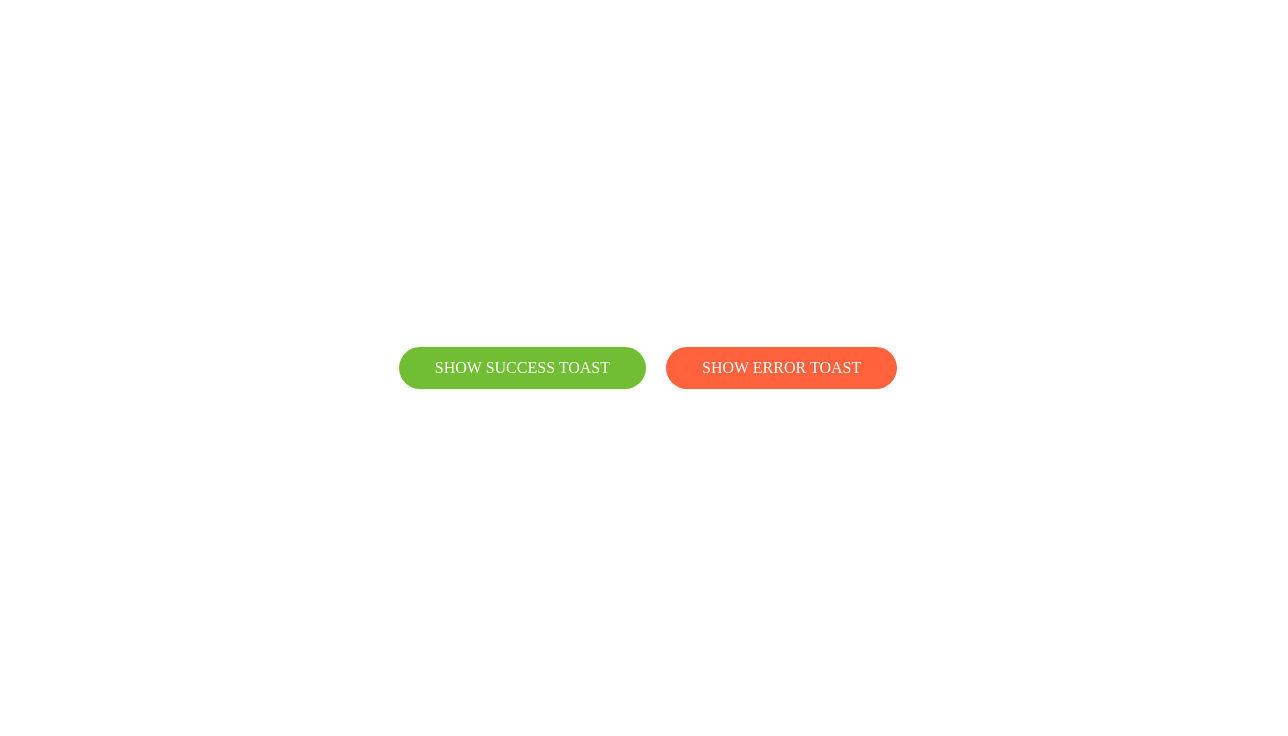
Repository: Hoquoctrung/github-anh-Trung-hihi
Page: Lesson-2/index.html
These files come from the project's save history. The page is drawn as it stood at one moment and after the next save; the edit follows.
The browser window is 1280 px wide. The page is 1288 px wide, so the pictures cover 1288 px, including what lies to the right of the window. The pictures show the whole page.
After loading, the first visible `div.btn--error` was clicked once.

Above is the page before, as saved 2021-08-21 21:33:24.
Console error: SyntaxError: missing ) after argument list

### Lesson-2/index.html
<!DOCTYPE html>
<html lang="en">
<head>
    <meta charset="UTF-8">
    <meta http-equiv="X-UA-Compatible" content="IE=edge">
    <meta name="viewport" content="width=device-width, initial-scale=1.0">
    <title>BEM Practice</title>
    <link rel="stylesheet" href="style.css">
    <link rel="stylesheet" href="https://cdnjs.cloudflare.com/ajax/libs/font-awesome/5.15.4/css/all.min.css" integrity="sha512-1ycn6IcaQQ40/MKBW2W4Rhis/DbILU74C1vSrLJxCq57o941Ym01SwNsOMqvEBFlcgUa6xLiPY/NS5R+E6ztJQ==" crossorigin="anonymous" referrerpolicy="no-referrer" />
</head>
<body>
    <div id="toast"></div>

    <div id="btn">
            <div onclick="ShowSuccessToast()" class="btn btn--succeed"> SHOW SUCCESS TOAST</div>
            <div onclick="ShowErrorToast()" class="btn btn--error"> SHOW ERROR TOAST</div>
    </div>

    <script>
        // Toast function
        function toast({
            title = '',
            message = '',
            type = 'info',
            duration = 3000,
        }) {
            const main = document.getElementById('toast');
            if (main) {
                const toast = document.createElement('div');
                const icons = {
                    success:'fas fa-check-circle',
                    info:'fas fa-info-circle',
                    warning:'fas fa-exclamation-triangle',
                    error:'fas fa-exclamation-triangle'
                };
                const icon = icons[type];

                toast.classList.add('toast',`toast--${type}`);
                toast.innerHTML = `
                    <div class="toast__icon">
                        <i class="${icon}"></i>
                    </div>
                    <div class="toast__body">
                        <h3 class="toast__title">${title}</h3>
                        <p class="toast__msg">${message}</p>
                    </div>
                    <div class="toast__close">
                        <i class="fa fa-times" ></i>
                    </div>
                `;
                main.appendChild(toast);
            }
        }
        function ShowSuccessToast() {
            toast({
                title: 'Thành công',
                message: 'Chúc mừng bạn đã thành công trở thành một fullstack developer.',
                type: 'success',
                duration: 3000,
            });
        };

        function ShowErrorToast() {
            toast({
                title: 'Thất bại',
                message: 'Có lỗi xảy ra trên đường bạn trở thành fullstack developer. Hãy fig bux đi.',
                type: 'error',
                duration: 3000,
        }

    </script>
</body>
</html>

### Lesson-2/style.css
body {
    display: flex;
    justify-content: center;
    align-items: center;
    height: 100vh;
    width: 100%;
}

.btn {
    display: inline-block;
    text-decoration: none;
    outline: none;
    border: none;
    background-color: transparent;
    color:#fff;
    padding: 12px 36px;
    border-radius: 50px;
    cursor: pointer;
}

.btn:hover {
    opacity: 0.8;
}

.btn--succeed {
    background-color: #71be34;
}

.btn--error {
    background-color: #ff623d;
}

.btn + .btn {
    margin-left: 16px;
}

#btn {
    margin: 20px;
}

#toast {
    position: fixed;
    top: 32px;
    right: 32px;
}


.toast {
    display: flex;
    align-items: center;
    background-color: #fff;
    box-shadow: 0 12px 4px rgba(0,0,0,0.08);
    border-left: 4px solid;
    border-radius: 2px;
    min-width: 380px;
    max-width: 430px;
    animation: slideInLeft ease .3s, fadeOut ease 1s 3s forwards;
}

@keyframes slideInLeft {
    from {
        transform: translateX(calc(100% + 32px));
        opacity: 0;
    }

    to {
        transform: translateX(0);
        opacity: 1;
    }
}

@keyframes fadeOut {
to {
        opacity: 0;
    }
}

.toast + .toast {
    margin-top: 24px;
}

.toast__icon {
    font-size: 24px;
}

.toast__icon,
.toast__close {
    padding: 0 16px;
}

.toast__body {
    flex-grow: 1;
}

.toast--success {
    border-color: rgb(69, 223, 22);
}

.toast--success .toast__icon {
    color: rgb(69, 223, 22);
}

.toast--info {
    border-color: rgb(23, 70, 226);
}

.toast--info .toast__icon {
    color: rgb(23, 70, 226);
}

.toast--warning {
    border-color: #ffc021;
}

.toast--warning .toast__icon {
    color: #ffc021
}

.toast--error {
    border-color: rgb(236, 51, 18);
}

.toast--error .toast__icon {
    color: rgb(230, 29, 29);
}

.toast__title {
    color: #333;
}

.toast__msg {
    margin-top: -8px;
    opacity: 0.6;
    line-height: 1.4;
}

.toast__close {
    font-size: 24px;
    color: rgba(0,0,0,0.4);
    cursor: pointer;
}

.toast__close:hover {
    opacity: 0.7;
}

After the next save:
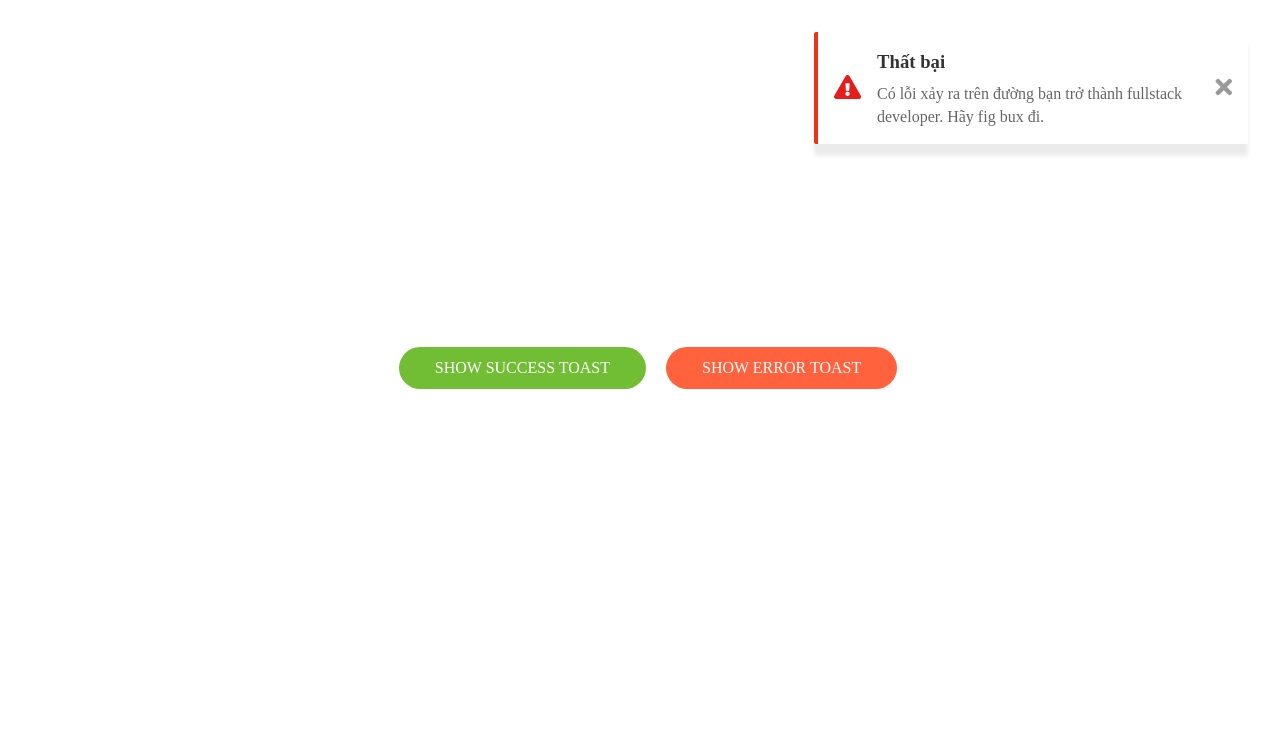
The error is gone.
Saved 84 s later.
--- a/Lesson-2/index.html
+++ b/Lesson-2/index.html
@@ -66,8 +66,8 @@
                 message: 'Có lỗi xảy ra trên đường bạn trở thành fullstack developer. Hãy fig bux đi.',
                 type: 'error',
                 duration: 3000,
+            });
         }
-
     </script>
 </body>
 </html>
